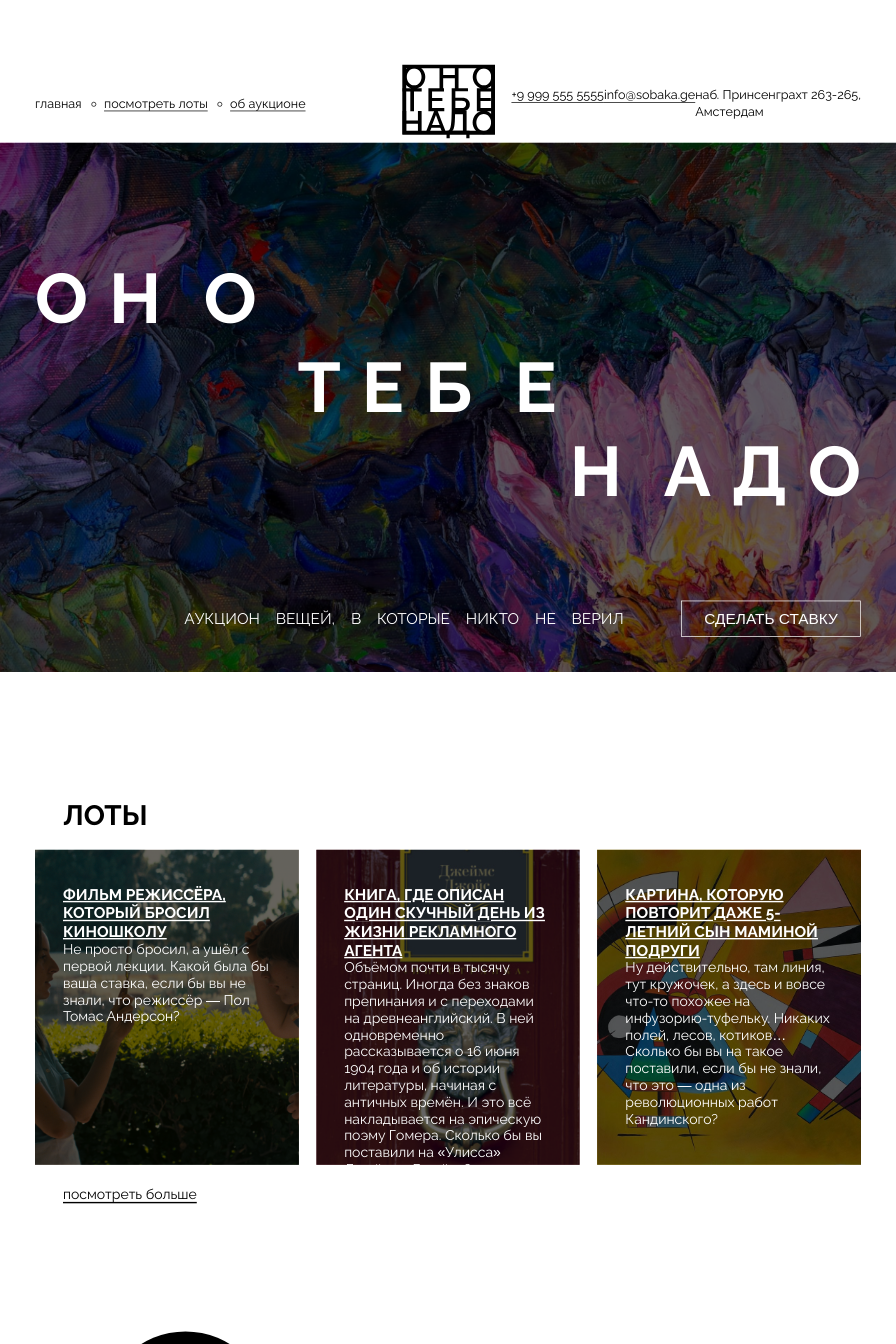
Repository: Hadoooouken/ono-tebe-nado
Page: index.html
An editor plug-in stored every save of this project. The page is shown before and after a run of saves, followed by the edit.
The browser window is 1280 px wide. The pictures show the part of the page from y = 0 to 1920 px (the page is 2678 px tall before and 2687 px after), at 70% of full size.

Above is the page before, as saved 2023-11-28 23:49:50.

After the next 4 saves:
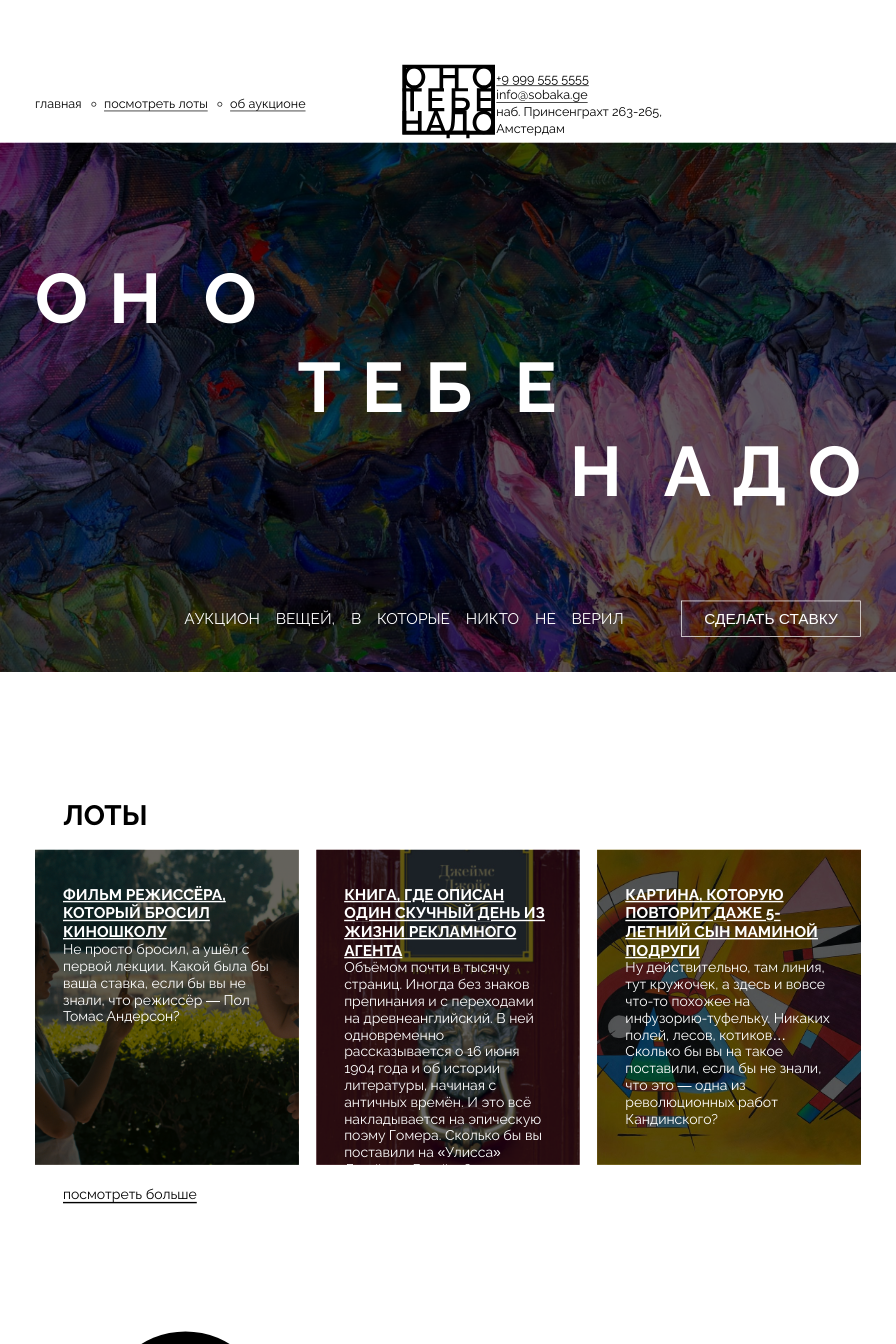
The 4 saves are shown as one change because they came seconds apart.
The last was saved 108 s later.
--- a/styles/style.css
+++ b/styles/style.css
@@ -11,10 +11,7 @@
 
 
 .address {
-  display: flex;
-
-  justify-content:end;
-
+ display: grid;
 
 }
 
